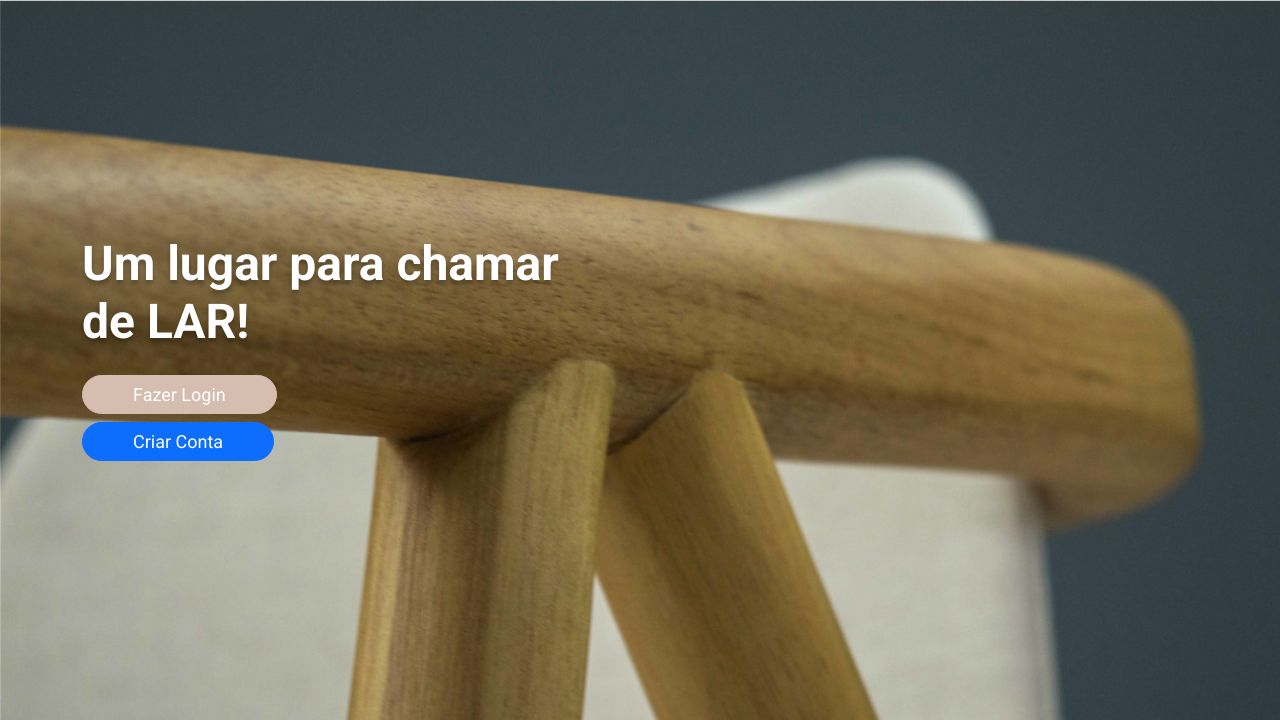
Repository: telesbp/Projeto-4-e-Projeto-5
Page: / (app in front-end/)
The author's editor kept a copy of each file at every save. The page is drawn from the files as they stood at one save, then again after the next save.
The browser window is 1280 px wide. The pictures show the whole page.
The project was rebuilt for these pictures with package versions that can differ from the ones it lists, and the page was loaded fresh each time.

Above is the page before, as saved 2022-07-17 15:57:20.

After the next save:
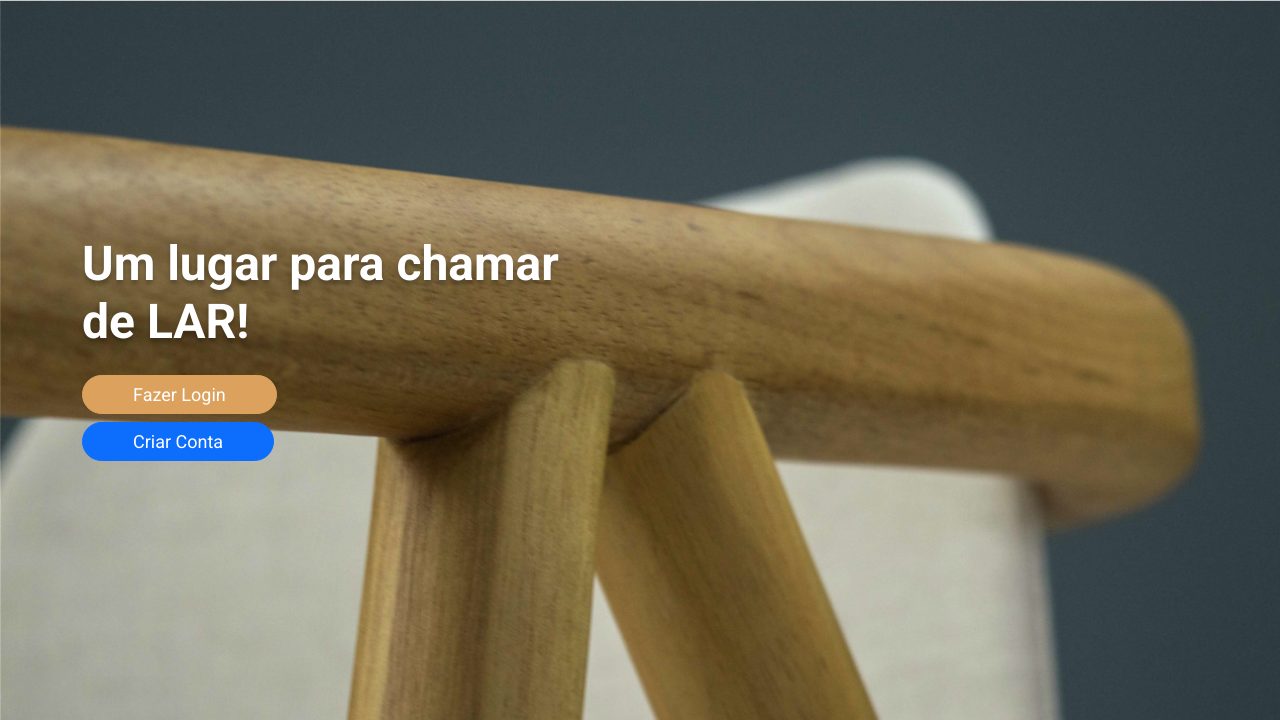
Saved 43 s later.
--- a/front-end/src/components/CustomButton/index.tsx
+++ b/front-end/src/components/CustomButton/index.tsx
@@ -14,11 +14,11 @@ const ButtonStyled = styled(Button)`
         font-size: 1.125rem;
     `}
     ${props => props.variant === "primary" && `
-        background-color: #d5bdaf;
-        border-color: #d5bdaf;
+        background-color: #dda15e;
+        border-color: #dda15e;
         &:hover {
-            background-color: #8b7c73;
-            border-color: #8b7c73;
+            background-color: #bc6c25;
+            border-color: #bc6c25;
         }
     `}
 `
